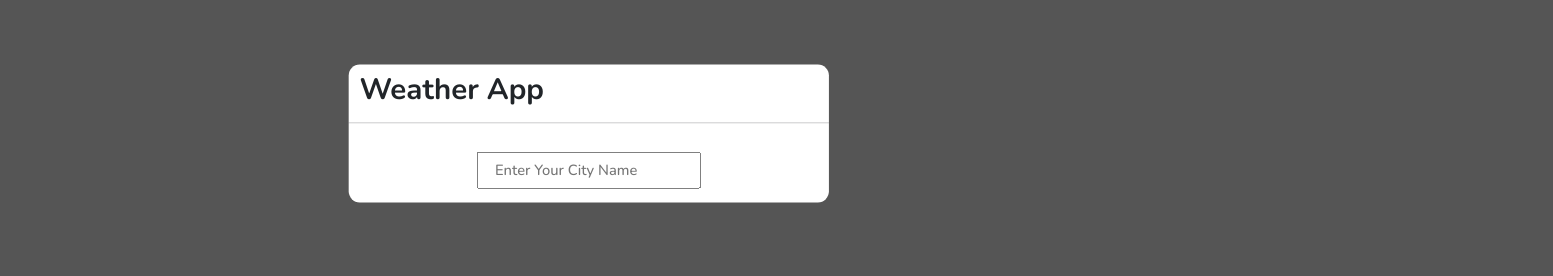
Repository: youssef168/Weather-App
Page: index.htm
The author's editor kept a copy of each file at every save. The page is drawn from the files as they stood at one save, then again after a run of saves.
The browser window is 1280 px wide. The page is 1280 px wide, then 1688 px, so the pictures cover 1688 px, including what lies to the right of the window. The pictures show the whole page, at 92% of full size.

Above is the page before, as saved 2021-12-28 20:57:57.

After the next 2 saves:
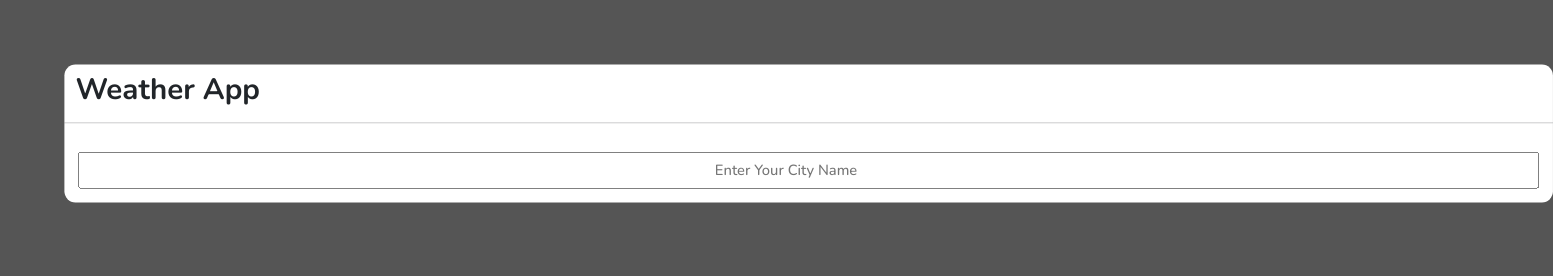
The 2 saves are shown as one change because they came seconds apart.
The last was saved 7 s later.
--- a/style.css
+++ b/style.css
@@ -114,5 +114,5 @@ h2 {
 
 
 .input-super {
-    padding: 6px 18px;
+    padding: 6px 690px;
 }
